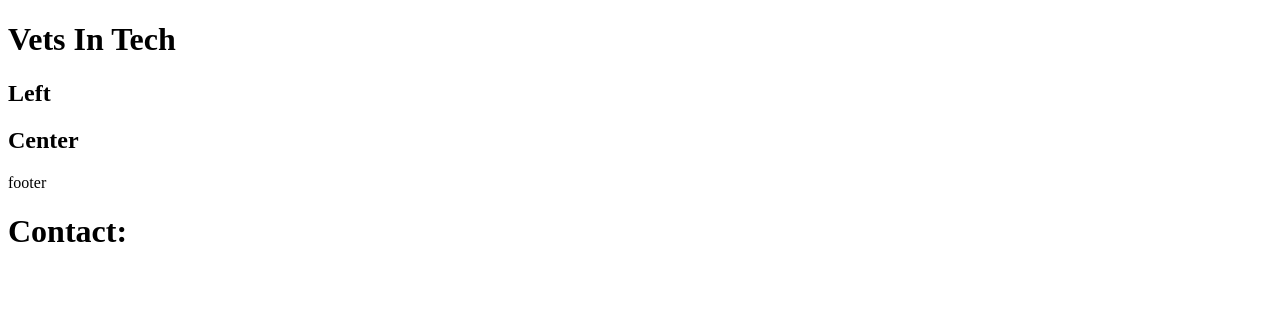
Repository: 3EyEdRav3n/10-2020-cohort-course
Page: week-1/Week-1 Assignment/index.html
An editor plug-in stored every save of this project. The page is shown before and after the next save, followed by the edit.
The browser window is 1280 px wide. The pictures show the whole page.

Above is the page before, as saved 2020-11-01 17:17:58.

After the next save:
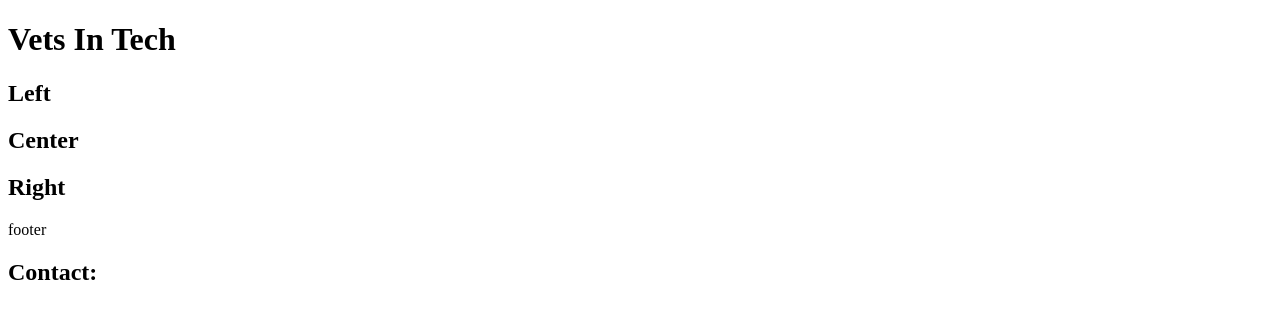
Saved 37 min 35 s later.
--- a/week-1/Week-1 Assignment/index.html
+++ b/week-1/Week-1 Assignment/index.html
@@ -18,8 +18,11 @@
       <div class="center-col">
         <h2>Center</h2>
       </div>
+      <div class="right-col">
+        <h2>Right</h2>
+      </div>
     </div>
     <div class="footer">footer</div>
-    <h1>Contact:</h1>
+    <h2>Contact:</h2>
   </body>
 </html>
